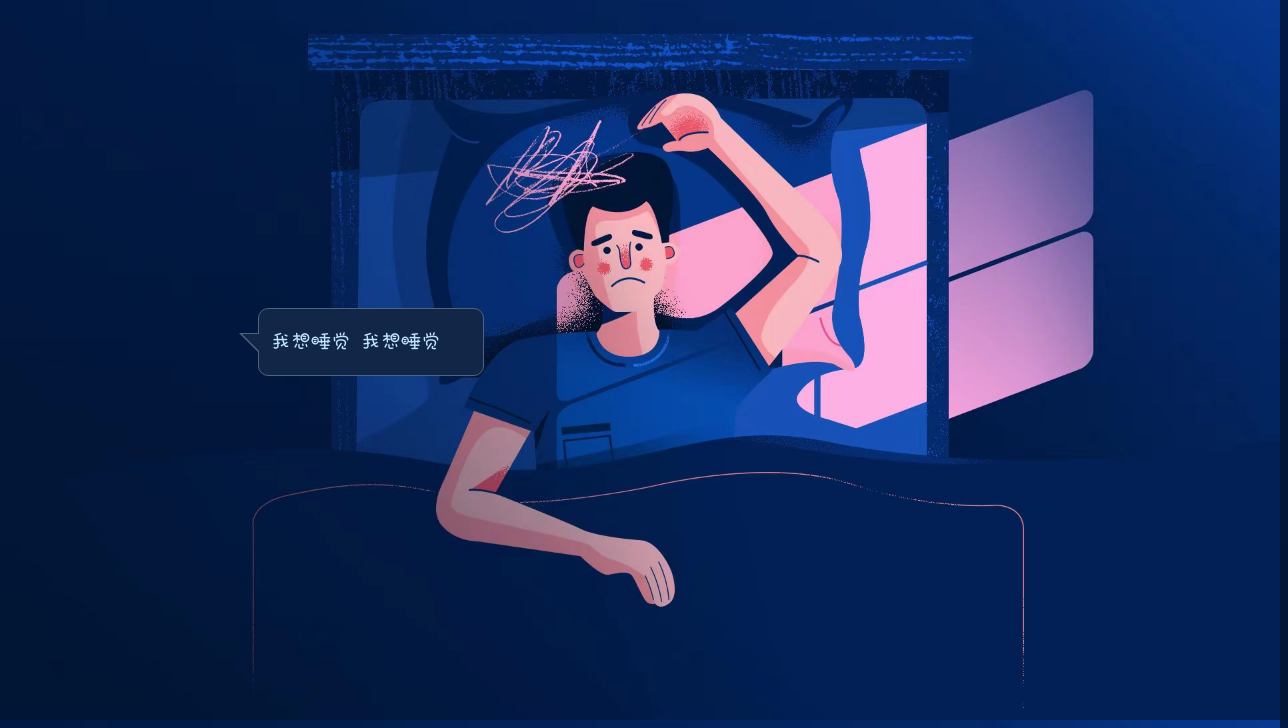
Repository: chjyume/zhongyi
Page: index2.html
The author's editor kept a copy of each file at every save. The page is drawn from the files as they stood at one save, then again after the next save.
The browser window is 1280 px wide. The page is 1288 px wide, so the pictures cover 1288 px, including what lies to the right of the window. The pictures show the whole page.

Above is the page before, as saved 2023-06-25 09:05:37.

### index2.html
<!DOCTYPE html>
<html>
	<head>
        <meta charset="utf-8" />
		<title>小故事引入</title>

        <link href="css\index2.css" rel="stylesheet" type="text/css">
		<link rel="stylesheet" href="Family/font.css">
	</head>
	<style>
	body
	{

        background-image:url("img/img2-1.png");
        height: 100%;
        width: 100%;
        background-size:cover;
        position:absolute;
        left:0;
        top:0;
	}
	</style>
	<body>

		<div class="bubble" style="width: 200px">我想睡觉 我想睡觉</div>
	</body>
</html>

### css/index2.css

.bubble {

    position: relative;
    padding: 20px 12px;
    font-family:HYLeMiaoTi;
    font-size: 20px;
    line-height: 26px;
    top: 300px;
    left: 250px;
    color: #c0e3ff;
    background: #122648;
    border: 1px solid #4e637e;
    border-radius: 10px;

  }

  .bubble::before,
  .bubble::after {

    position: absolute;
    left: -20px;
    top:24px;
    display: block;
    font-size: 0;
    line-height: 0;
    border-color: #4e637e #4e637e transparent transparent;
    border-style: solid;
    border-width: 10px;
    content: "";
  }

  .bubble::after {
    left: -17px;
    top:25px;
    border-color: #122648 #122648 transparent transparent;
  }

### family/font.css
@font-face {
    font-family: "HYLeMiaoTi";
    src:url("HYLeMiaoTiJ.ttf");
    font-weight: normal;
    font-style: normal;
}

After the next save:
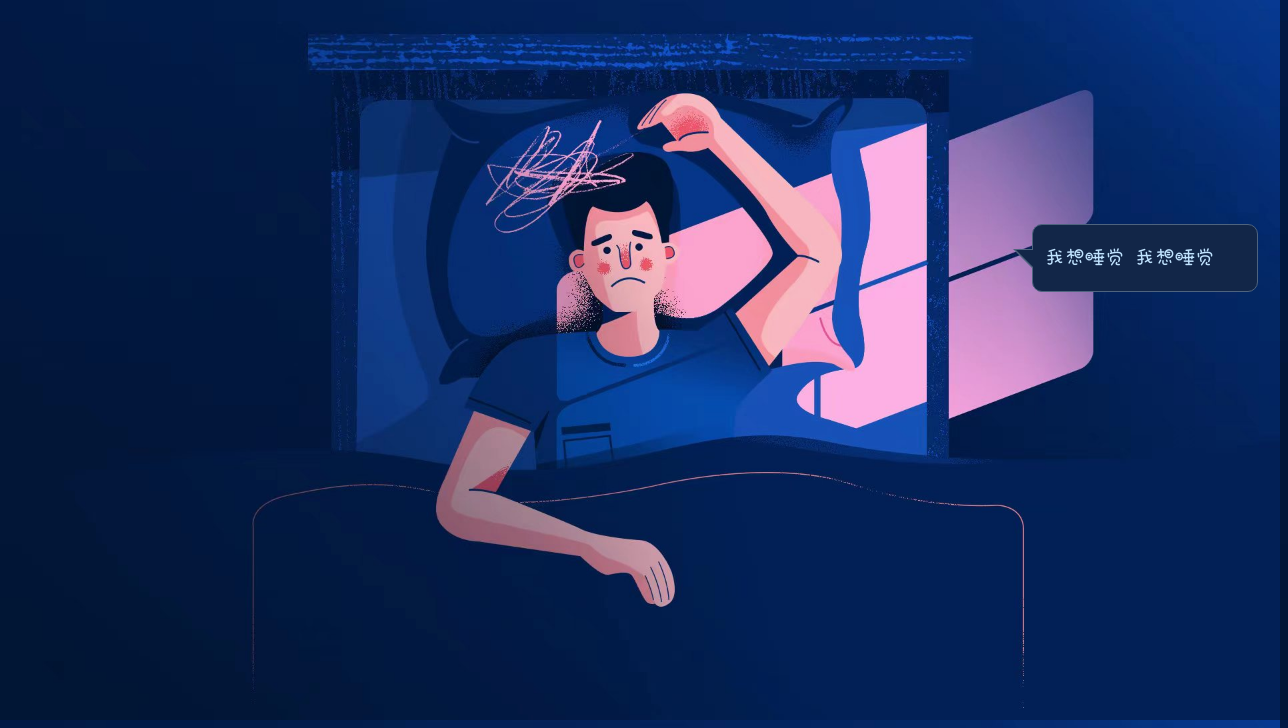
Saved 4 min 57 s later.
--- a/css/index2.css
+++ b/css/index2.css
@@ -6,8 +6,8 @@
     font-family:HYLeMiaoTi;
     font-size: 20px;
     line-height: 26px;
-    top: 300px;
-    left: 250px;
+    top: calc(30%);
+    left: calc(80%);
     color: #c0e3ff;
     background: #122648;
     border: 1px solid #4e637e;
